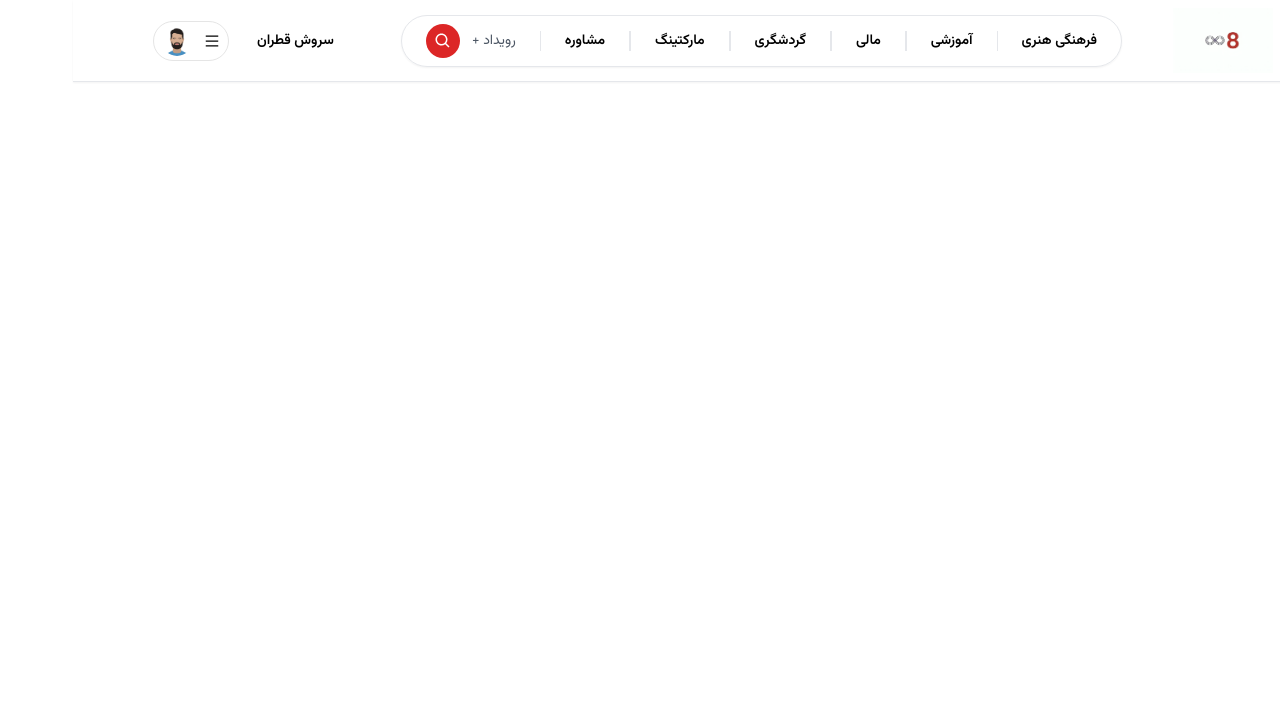
Repository: soroush-g/Eight
Page: /
The author's editor kept a copy of each file at every save. The page is drawn from the files as they stood at one save, then again after the next save.
The browser window is 1280 px wide. The pictures show the whole page.
The project was rebuilt for these pictures with package versions that can differ from the ones it lists, and the page was loaded fresh each time. The framework's server and built-in components were replaced by stand-ins that run in the browser. Also part of the build but not shown: next.config.mjs, app/components/navbar/MenuItem.tsx.

Above is the page before, as saved 2024-07-16 16:10:18.

### app/layout.tsx
import type { Metadata } from "next";
import { Vazirmatn } from "next/font/google";
import "./globals.css";
import Navbar from "./components/navbar/Navbar";
import ClientOnly from './components/ClientOnly';
import Modal from "./components/modals/Modal";

const vazir = Vazirmatn({ subsets: ['arabic'] });

export const metadata: Metadata = {
  title: "AIREVENT",
  description: "Covering events in all parts of the world",
};

export default function RootLayout({
  children,
}: Readonly<{
  children: React.ReactNode;
}>) {
  return (
    <html dir='rtl' lang="fa-Ir">
      <body className={vazir.className}>
        <ClientOnly>
          <Modal isOpen />
          <Navbar />
        </ClientOnly>
        {children}
      </body>
    </html>
  );
}

### app/page.tsx

export default function Home() {
  return (
     <div className="text-yellow-700 text-2xl">هشت جامع ترین پلتفرم در دسترس شما</div>
  )
}

### app/components/navbar/Navbar.tsx
'use client'

import Container from "../Container";
import Logo from "./Logo";
import Search from "./Search";
import UserMenu from "./UserMenu";

const Navbar = () => {
    return (
        <div className="fixed w-full bg-white z-8 shadow-sm">
            <div className="py-2 border-b-[1px]">
              <Container>
                <div className="flex flex-row items-center justify-between gap-3 md:gap-0">
                 <Logo />
                 <Search />
                 <UserMenu />
                </div>
              </Container>
            </div>
        </div>
     );
}

export default Navbar;

### app/components/ClientOnly.tsx
'use client'

import { useEffect, useState } from "react";

interface ClientOnlyProps {
    children: React.ReactNode;
}

const ClientOnly: React.FC<ClientOnlyProps> = ({
    children
}) => {
    const [hasMounted, setHasMounted] = useState(false);

    useEffect(() => {
        setHasMounted(true)
    }, [])

    if (!hasMounted) {
        return null
    }

    return (
        <>
          <div>
            {children}
          </div>
        </>
     );
}

export default ClientOnly;

### app/components/modals/Modal.tsx
'use client'

import { useCallback, useEffect, useState } from 'react';

interface ModalProps {
    isOpen?: boolean;
    onClose: () => void;
    onSubmit: () => void;
    title?: string;
    body?: React.ReactElement;
    foote?: React.ReactElement;
    actionLabel: string;
    disabled?: boolean;
    secondaryAction?: () => void;
    secondaryLabel?: string;
}

const Modal: React.FC<ModalProps> = ({
    isOpen,
    onClose,
    onSubmit,
    title,
    body,
    footer,
    actionLabel,
    disabled,
    secondaryAction,
    secondaryLabel
}) => {
    const [showModal, setShowModal] = useState(isOpen);

    useEffect(() => {
      setShowModal(isOpen)
    }, [isOpen]);

    const handleClose = useCallback(() => {
        if(disabled) {
            return;
        }
        setShowModal(false)
        setTimeout(() => {
            onClose();
        }, 3000)
    }, [disabled, onClose]);

    const handleSubmit = useCallback(() => {
        if(disabled) {
            return;
        }
        onSubmit();
    }, [disabled, onSubmit]);

    const handleSecondaryAction = useCallback(() => {
        if(disabled || !secondaryAction) {
            return;
        }
        secondaryAction()
    }, [disabled, secondaryAction])

    if (!isOpen) {
        return null
    }

    return (
        <>
         <div className='
         justify-center
         items-center
         flex
         overflow-x-hidden
         overflow-y-auto
         fixed
         inset-0
         z-50
         outline-none
         focus:outline-none
         bg-neural-800/70'>

         </div>
        </>
     );
}

export default Modal;

### app/components/Container.tsx
'use client'

interface ContainerProps {
    children: React.ReactNode;
}

const Container: React.FC<ContainerProps> = ({children}) => {
    return (
        <div className="max-w-[2520px] mx-auto xl:px-20 md:px-10 sm:px-2 px-4">{children}</div>
     );
}

export default Container;

### app/components/navbar/Logo.tsx
'use client'

import Image from "next/image"
import { useRouter } from "next/navigation"

const Logo = () => {
    const router = useRouter();

    return(
        <Image alt="لوگو" className="hidden md:block cursor-pointer" height="100" width="100" src="/images/8.png" />
    )
}

export default Logo;

### app/components/navbar/Search.tsx
'use client';

import { BiSearch } from 'react-icons/bi'

const Search = () => {
    return (
        <>
        <div className="border-[1px] w-full md:w-auto py-2 rounded-full shadow-sm hover:shadow-md transition cursor-pointer">
            <div className="flex flex-row items-center justify-between">
              <div className="text-sm font-semibold px-6">
               فرهنگی هنری
              </div>
              <div className="hidden sm:block text-sm font-semibold px-6 border-x-[1px] flex-1 text-center">
                آموزشی
              </div>
              <div className="hidden sm:block text-sm font-semibold px-6 border-x-[1px] flex-1 text-center">
               مالی
              </div>
              <div className="hidden sm:block text-sm font-semibold px-6 border-x-[1px] flex-1 text-center">
                گردشگری
              </div>
              <div className="hidden sm:block text-sm font-semibold px-6 border-x-[1px] flex-1 text-center">
                مارکتینگ
              </div>
              <div className="hidden sm:block text-sm font-semibold px-6 border-x-[1px] flex-1 text-center">
                مشاوره
              </div>
              <div className="text-sm pl-6 pr-6 text-gray-600 flex flex-row items-center gap-3">
                <div className="hidden sm:block">
                  رویداد +
                </div>
                <div className='p-2 bg-red-600 rounded-full text-white'>
                  <BiSearch size={18} />
                </div>
              </div>
            </div>
        </div>
        </>
     );
}

export default Search;

### app/components/navbar/UserMenu.tsx
'use client'

import { useCallback, useState } from "react";
import { AiOutlineMenu } from "react-icons/ai";
import Avatar from "../Avatar";
import MenuItem from "./MenuItem";

const UserMenu = () => {
    const [isOpen, setIsOpen] = useState(false);

    const toggleOpen = useCallback(() => {
        setIsOpen((value) => !value);
    }, [])
    return (
        <>
         <div className="relative">
            <div className="flex flex-row items-center gap-3">
              <div
              onClick={() => {}}
              className="
              hidden
              md:block
              text-sm
              font-semibold
              py-3
              px-4
              rounded-full
              hover:bg-neutral-100
              transition
              cursor-pointer">
              سروش قطران
              </div>
              <div
              onClick={toggleOpen}
              className="
              p-4
              md:py-1
              md:px-2
              border-[1px]
              border-neutral-200
              flex
              flex-row
              items-center
              gap-3
              rounded-full
              cursor-pointer
              hover:shadow-md
              transition
              ">
                <AiOutlineMenu />
                <div className="hidden md:block">
                  <Avatar />
                </div>
              </div>
            </div>
            {isOpen && (
                <div
                className="
                absolute
                rounded-xl
                shadow-md
                w-[40vw]
                md:w-3/4
                bg-white
                overflow-hidden
                right-0
                top-12
                text-sm">
                    <div className="flex flex-col cursor-pointer">
                      <>
                       <MenuItem
                       onClick={()=> {}}
                       label="ورود" />
                       <MenuItem
                       onClick={()=> {}}
                       label="ثبت نام" />
                      </>
                    </div>

                </div>
            )}
         </div>
        </>
     );
}

export default UserMenu;

### app/components/Avatar.tsx
'use client'

import Image from "next/image";

const Avatar = () => {
    return (
        <>
        <Image
         className="rounded-full"
         height='30'
         width='30'
         alt="avatar"
         src='/images/avatar.jpg'
        />
        </>
     );
}

export default Avatar;

Loaded but not shown: app/globals.css (common file); tailwind.config.ts (common file)

After the next save:
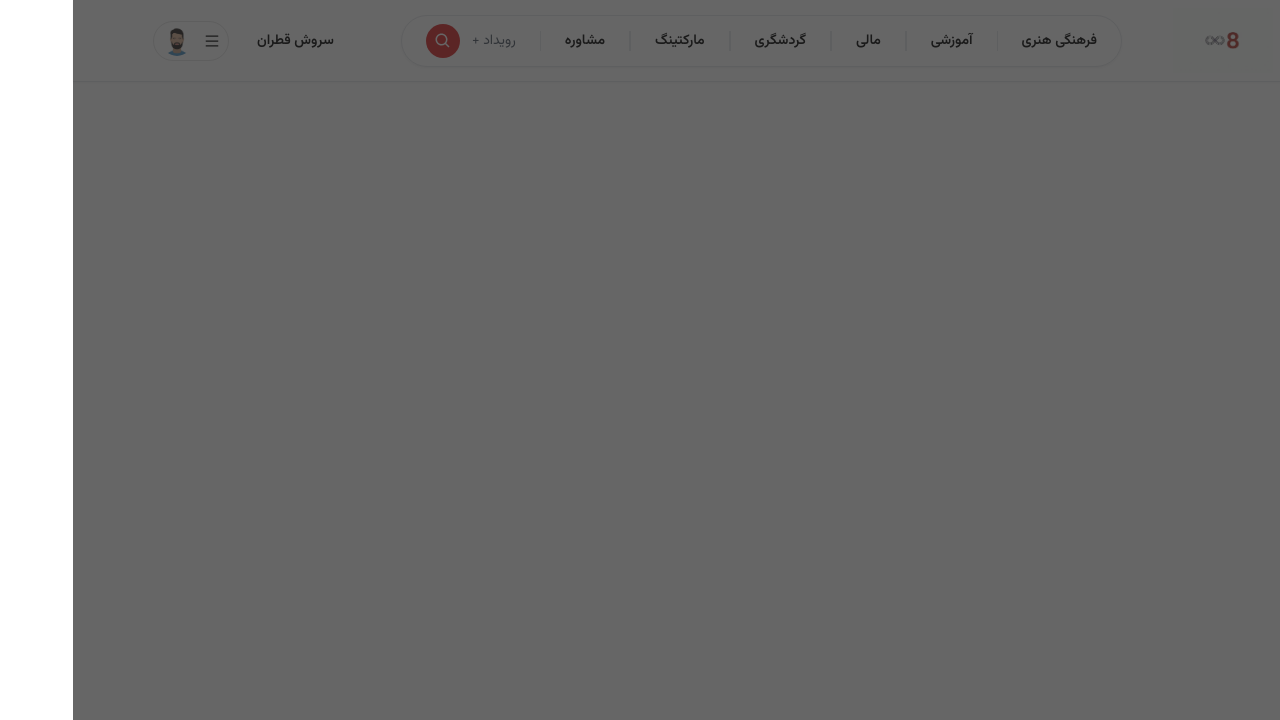
Saved 5 s later.
--- a/app/components/modals/Modal.tsx
+++ b/app/components/modals/Modal.tsx
@@ -74,7 +74,7 @@
          z-50
          outline-none
          focus:outline-none
-         bg-neural-800/70'>
+         bg-neutral-800/70'>
 
          </div>
         </>
